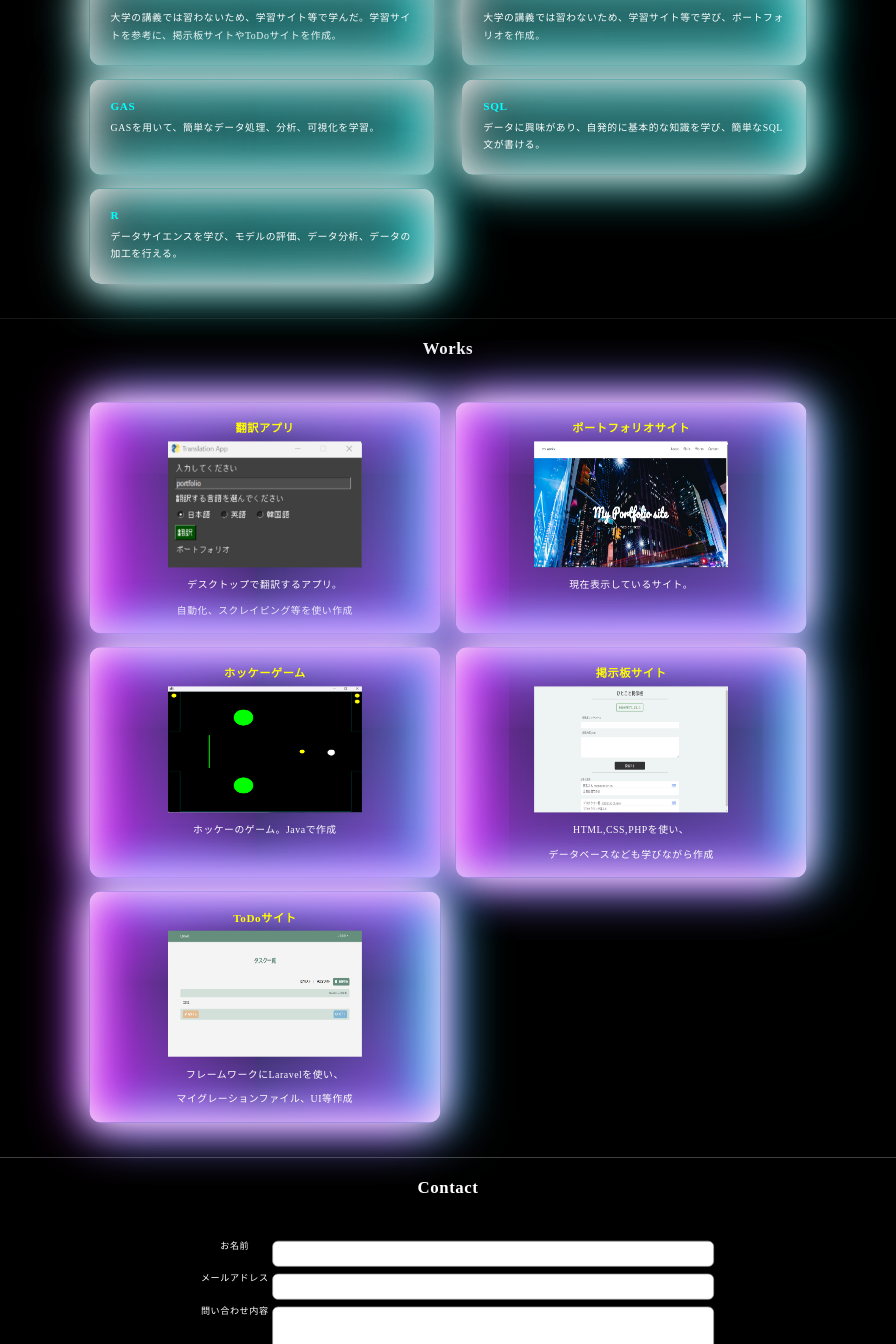
Repository: F-ksk/portfolio
Page: index.html
These files come from the project's save history. The page is drawn as it stood at one moment and after the next save; the edit follows.
The browser window is 1280 px wide. The pictures show the part of the page from y = 1501 to 3421 px (the page is 3705 px tall), at 70% of full size.

Above is the page before, as saved 2023-11-13 00:54:19.

### index.html
<!DOCTYPE html>
<html>
    <head>
        <meta charset="UTF-8" />
        <meta http-equiv="X-UA-Compatible" content="IE=edge" />
        <meta name="viewport" content="width=device-width, initial-scale=1.0" />
        <meta name="robots" content="noindex" />
        <title>FK Portfolio</title>
        <link rel="stylesheet" href="css/reset.css" />
        <link rel="stylesheet" href="css/style.css" />
    </head>
    <body>

        <header>
            <a href="index.html">FK works</a>
            <nav>
                <ul>
                    <li><a href="#about">About</a></li>
                    <li><a href="#skills">Skills</a></li>
                    <li><a href="#works">Works</a></li>
                    <li><a href="#contact">Contact</a></li>
                </ul>
            </nav>
        </header>

        <div class="main-visual">
            <div>
                <h1>My Portfolio site</h1>
            </div>
        </div>

        <section id="about">
            <h2>About</h2>
            <div id="about-name">
                <h3>二俣 圭介</h3>
                <p>futamata keisuke</p>
            </div>
            <div id="about-detail">
                <p>
                    国立大学法人福井大学・工学部・電気電子情報工学科・情報工学コース在学中。<br>
                    大学でプログラミングを学び、プログラミングスキルを向上させるため、日々、勉強しています。
                    C,Python,Java,HTML,CSS,PHP,Javascript,SQL,Rの知識とプログラミング経験があります。<br>
                </p>
                <img src="./img/man.jpg">
            </div>
        </section>
        <section id="skills">
            <h2>Skills</h2>
            <div class="skill-list">
                <div class="skill-item">
                    <h3>C</h3>
                    <p>大学で基本から、構造体、高水準入出力関数、低水準入出力関数などを学び、ライブラリ作成、画像処理、ネットワーク通信、アルゴリズム(greedy algorithm, Horspool法, Dynamic programming, Branch and Bound approch, ...)の実装など、幅広く経験。</p>
                </div>
                <div class="skill-item">
                    <h3>Python</h3>
                    <p>大学で基本的な知識を学び、自ら参考書などで自動化、スクレイピングを学習。webブラウザの自動化とスクレイピングを利用して、google翻訳サイトに入力、結果を抽出し、出力するデスクトップアプリを作成。</p>
                </div>
                <div class="skill-item">
                    <h3>Java</h3>
                    <p>大学で基本的な知識を学び、講義内で自分が考えた簡単なゲームを開発。</p>
                </div>
                <div class="skill-item">
                    <h3>Javascript</h3>
                    <p>プログラマーのアルバイトで主に使用し、ウェブサイトの機能追加等を行った。</p>
                </div>
                <div class="skill-item">
                    <h3>PHP</h3>
                    <p>大学の講義では習わないため、学習サイト等で学んだ。学習サイトを参考に、掲示板サイトやToDoサイトを作成。</p>
                </div>
                <div class="skill-item">
                    <h3>HTML / CSS</h3>
                    <p>大学の講義では習わないため、学習サイト等で学び、ポートフォリオを作成。</p>
                </div>
                <div class="skill-item">
                    <h3>GAS</h3>
                    <p>GASを用いて、簡単なデータ処理、分析、可視化を学習。</p>
                </div>
                <div class="skill-item">
                    <h3>SQL</h3>
                    <p>データに興味があり、自発的に基本的な知識を学び、簡単なSQL文が書ける。</p>
                </div>
                <div class="skill-item">
                    <h3>R</h3>
                    <p>データサイエンスを学び、モデルの評価、データ分析、データの加工を行える。</p>
                </div>
            </div>
        </section>
        <section id="works">
            <h2>Works</h2>
            <div class="work-item">
                <div class="work-description">
                    <h3>翻訳アプリ</h3>
                    <img src="./img/portfolio.jpg">
                    <p>デスクトップで翻訳するアプリ。</p>
                    <p>自動化、スクレイピング等を使い作成</p>
                </div>

                <div class="work-description">
                    <h3>ポートフォリオサイト</h3>
                    <img src="./img/portfolio(2).png">
                    <p>現在表示しているサイト。</p>
                </div>

                <div class="work-description">
                    <h3>ホッケーゲーム</h3>
                    <img src="./img/hokey.png">
                    <p>ホッケーのゲーム。Javaで作成</p>
                </div>

                <div class="work-description">
                    <h3>掲示板サイト</h3>
                    <img src="./img/掲示板.png">
                    <p>HTML,CSS,PHPを使い、</p>
                    <p>データベースなども学びながら作成</p>
                </div>

                <div class="work-description">
                    <h3>ToDoサイト</h3>
                    <img src="./img/todo.png">
                    <p>フレームワークにLaravelを使い、</p>
                    <p>マイグレーションファイル、UI等作成</p>
                </div>

            </div>
        </section>
        <section id="contact">
            <h2>Contact</h2>
            <div class="contact-form">
                <!--<iframe src="https://docs.google.com/forms/d/e/1FAIpQLSfhIRxsClYk-LjjOeqSs9rPikyz6iXAlGFSL5PuYS38eefG3A/viewform?embedded=true" width="640" height="682" frameborder="0" marginheight="0" marginwidth="0">読み込んでいます…</iframe> -->

                <form action="https://docs.google.com/forms/u/0/d/e/1FAIpQLSfhIRxsClYk-LjjOeqSs9rPikyz6iXAlGFSL5PuYS38eefG3A/formResponse" target="_self" method="POST" id="mG61Hd">
                    <dl>
                        <dt>お名前</dt>
                        <dd><input name="entry.{1209985459}" type="text" required="required" id="textfield" class="g_form"></dd>
                        <dt>メールアドレス</dt>
                        <dd><input name="entry.{1499214278}" type="text" class="g_form" id="textfield2"></dd>
                        <dt>問い合わせ内容</dt>
                        <dd><textarea name="entry.{1422841443}" required class="g_form_text" id="entry.{1422841443}"></textarea></dd>
                      </dl>
                      <div class="button"><input type="submit" class="btbt"></div>
                </form>

            </div>
        </section>
        <footer>
            <p>&copy; futamata keisuke</p>
        </footer>
    </body>
</html>

### css/style.css
@charset "UTF-8";
@import url('https://fonts.googleapis.com/css2?family=Roboto:wght@100;300;400;500;700;900&display=swap');
@import url('https://fonts.googleapis.com/css2?family=Noto+Sans+JP:wght@300;400;500;700;900&display=swap');
@import url('https://fonts.googleapis.com/css2?family=Pacifico&display=swap');

html {
  font-size: 100%;
}

body {
    color: #24292e;
    letter-spacing: 0.05em;
}

a,a:visited {
    color: #24292e;
    text-decoration: none;
}

img {
    max-width: 100%;
}

li {
    list-style: none;
}

p {
    line-height: 1.8;
    font-size: 14px;
}

h1 {
    font-size: 60px;
    font-family: 'Pacifico';
}

h2 {
    font-size: 1.5rem;
    text-align: center;
    margin-bottom: 65px;
}

h3 {
    font-size: 16px;
}

header {
    max-width: 100%;
    background-color: #fff;
    display: flex;
    justify-content: space-between;
    height: 80px;
    padding: 0 4%;
    align-items: center;
    position: sticky;
    top: 0;
}

header ul {
    display: flex;
}

header li {
    margin-left: 30px;
}

.main-visual {
    width: 100%;
    height: 550px;
    background-image: url(../img/town.jpg);
    background-size: cover;
    color: #FFF;
    text-align: center;
    display: flex;
    justify-content: center;
    align-items: center;
}

.main-visual p {
    margin-top: 20px;
    font-size: 18px;
}

#about{
    background-color: black;
    color: #fff;
}

#about-name{
    display: flex;
    justify-content: flex-start;
    align-items: center;
}

#about h2 {
    margin-top: 40px;
}

#about h3 {
    margin-right: 10px;
}

#about p {
    width: 80%;
}

#about-detail {
    margin-top: 30px;
    display: flex;
    justify-content: space-between;
}

#about img {
    width: 100px;
    height: 100px;
    border-radius: 50%;
    object-fit: cover;
    border-style: solid;
    border-width: 1px;
}

section {
    padding: 30px 10%;
}

#skills {
    background-color: black;
    color: white;
}

#skills h3 {
    color: #0ff;
    margin-bottom: 10px;
}

.skill-list {
    display: flex;
    justify-content: space-between;
    flex-wrap: wrap;
}

.skill-item {
    width: 48%;
    border-radius: 16px;
    margin-bottom: 20px;
    padding: 30px;
    box-sizing: border-box;
    color: white;
    box-shadow:
    inset 0 0 60px whitesmoke,
    inset 20px 0 80px #444,
    inset -20px 0 80px #0ff,
    inset 20px 0 300px #444,
    inset -20px 0 300px #0ff,
    0 0 50px #fff,
    -10px 0 80px #444,
    10px 0 80px #0ff;
}

.work-item {
    display: flex;
    justify-content: space-between;
    flex-wrap: wrap;
}

#works{
    background-color: black;
    color: whitesmoke;
}

#works img {
    width: 60%;
    height: 180px;
}

.work-description {
    padding: 20px;
    border-radius: 16px;
    margin-bottom: 20px;
    width: 45%;
    text-align: center;
    color: white;
    box-shadow:
    inset 0 0 60px whitesmoke,
    inset 20px 0 80px #f0f,
    inset -20px 0 80px #0ff,
    inset 20px 0 300px #f0f,
    inset -20px 0 300px #0ff,
    0 0 50px #fff,
    -10px 0 80px #f0f,
    10px 0 80px #0ff;
}

.work-description p {
    margin-top: 10px;
}

.work-description h3 {
    color: #ff0;
    margin-top: 10px;
    margin-bottom: 10px;
}

#contact {
    background-color: black;
    color: white;
    text-align: center;
}

#contact form {
    width: 70%;
    margin: 0 auto;
}

#contact dl {
    display: flex;
    flex-wrap: wrap;
    margin-bottom: 20px;
}

#contact dt {
    width: 15%;
    font-size: 13px;
}

#contact dd {
    width: 85%;
    margin-bottom: 10px;
}

#contact dd input,
#contact dd textarea {
    width: 100%;
    border: solid 1px #999999;
    padding: 10px;
    background-color: #fff;
    border-radius: 8px;
}

#contact dd textarea {
    height: 10rem;
}

#contact .button {
    text-align: center;
}

#contact .button input {
    width: 200px;
    background-color: #24292e;
    color: #fff;
    padding: 15px 0;
    border: solid 1px #24292e;
}

#contact .button input:hover {
    background: #fff;
    color: #24292e;
}

footer {
    background-color: #24292e;
    color: #fff;
    font-size:  0.5rem;
    padding: 10px 20px;
    text-align: center;
}

@media screen and (max-width: 414px) {
	h2 {
        margin-bottom: 30px;
    }

    header {
        max-width: 100%;
        flex-direction: column;
        height: auto;
        padding: auto;
    }

    #about {
        text-align:  center;
    }

    #about h3 {
        margin: 0;
    }

    #about-name {
        flex-direction: column;
        align-items: center;
    }

    #about-detail {
        flex-direction: flex;
        flex-direction: column-reverse;
        align-items: center;
    }

    #about-detail p {
        text-align: left;
        margin-top: 30px;
        width: 100%;
    }

    .skill-item {
        width: 100%;
    }

    .work-item {

        width: 90%;
        flex-direction: column;
    }

    #works img {
        width: 100%;
        height: 120px;
        margin-bottom: 10px;
    }

    .work-description {
        margin-bottom: 30px;
        width: 100%;
    }

    #contact form {
        text-align: center;
    }

    #contact input {
        width: 100%;
    }

    #contact dl{
        flex-direction: column;
        width: 100%;
    }

    #contact dt{
        width: auto;
        margin-bottom: 5px;
    }

    #contact dd{
        width: 90%;
    }
}

Loaded but not shown: css/reset.css (common file)

After the next save:
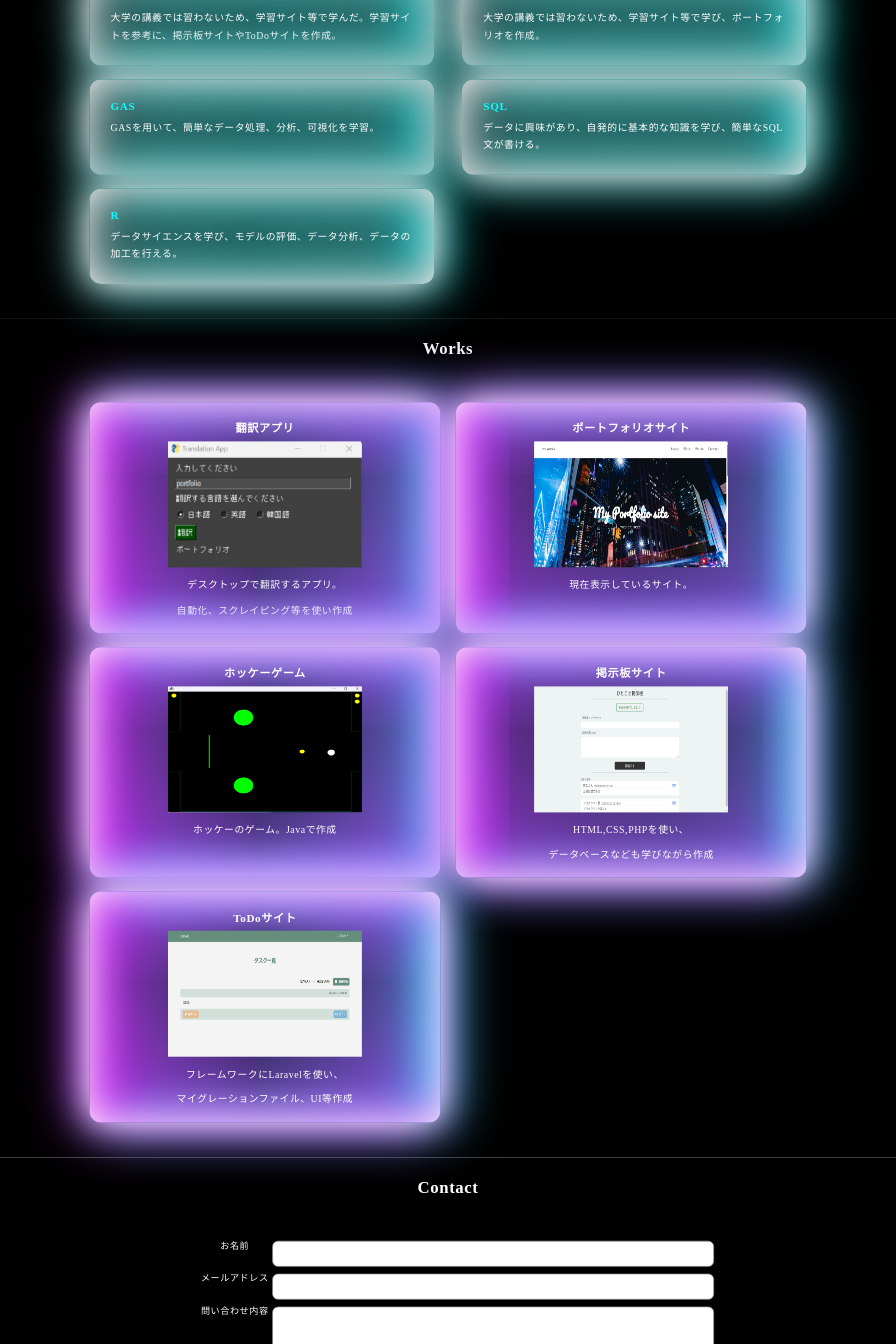
Saved 86 s later.
--- a/css/style.css
+++ b/css/style.css
@@ -197,7 +197,6 @@ section {
 }
 
 .work-description h3 {
-    color: #ff0;
     margin-top: 10px;
     margin-bottom: 10px;
 }
